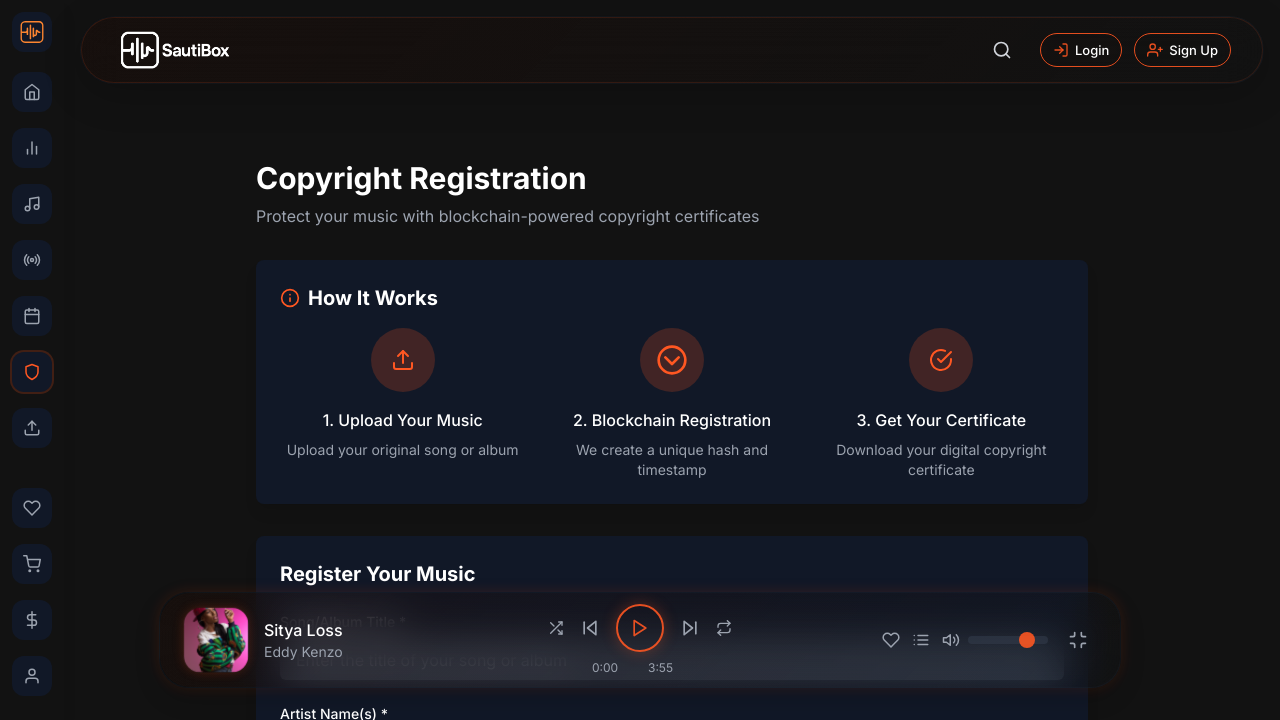
Repository: kaizoku010/sauti-box
Page: /copyright
The author's editor kept a copy of each file at every save. The page is drawn from the files as they stood at one save, then again after the next save.
The browser window is 1280 px wide. The pictures show the whole page.
An inner scrolling area shows only its first screen. The project was rebuilt for these pictures with package versions that can differ from the ones it lists, and the page was loaded fresh each time. The framework's server and built-in components were replaced by stand-ins that run in the browser. Also part of the build but not shown: next.config.mjs, next.config.ts.

Above is the page before, as saved 2025-04-22 11:56:06.

After the next save:
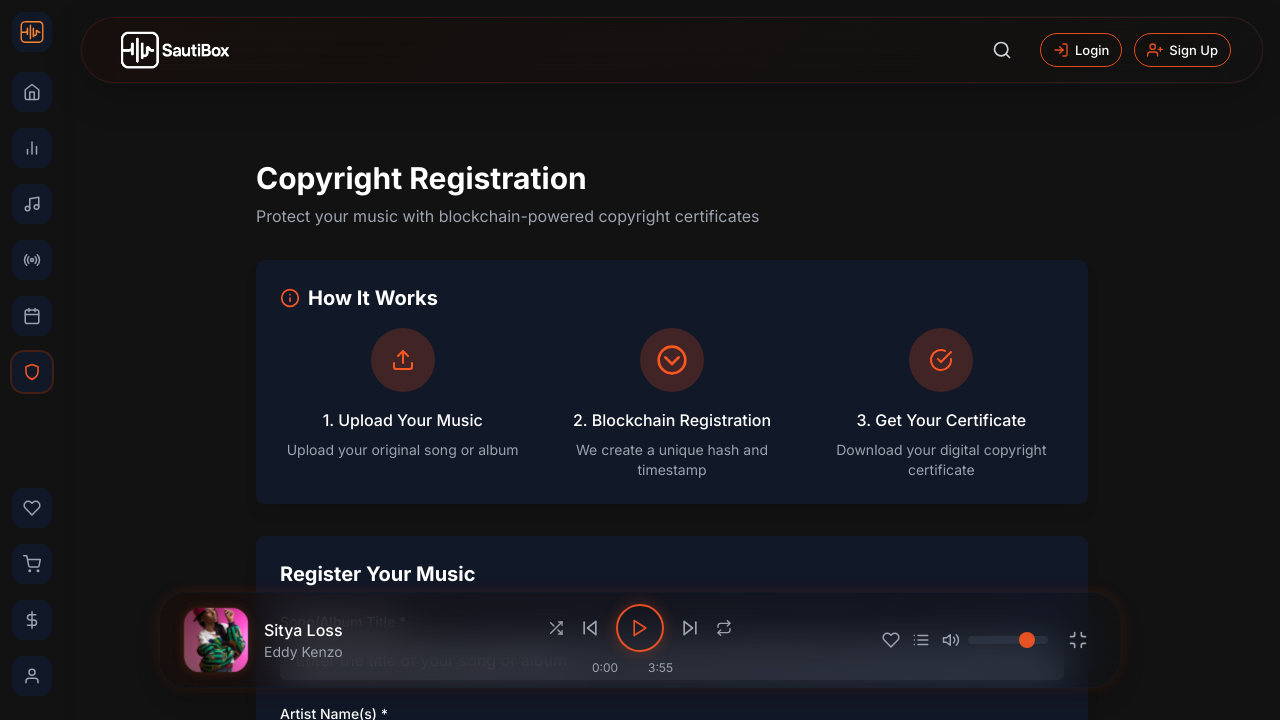
Saved 65 s later.
--- a/src/components/Sidebar.tsx
+++ b/src/components/Sidebar.tsx
@@ -89,12 +89,12 @@
           </div>
         </Link>
 
-        <Link href="/upload">
+        {/* <Link href="/upload">
           <div className={`${isMobile && isOpen ? 'flex items-center py-3 px-2 hover:bg-gray-900 hover:text-primary rounded-md w-full' : 'sidebar-icon'} ${pathname === '/upload' ? 'active' : ''} group`}>
             <FiUpload size="18" className={pathname === '/upload' ? 'text-primary' : ''} />
             <span className={`${isMobile && isOpen ? 'ml-3' : 'sidebar-tooltip group-hover:scale-100'}`}>Upload</span>
           </div>
-        </Link>
+        </Link> */}
       </div>
 
       <div className={`flex flex-col ${isMobile && isOpen ? 'items-start px-4' : 'items-center'} mb-4`}>
